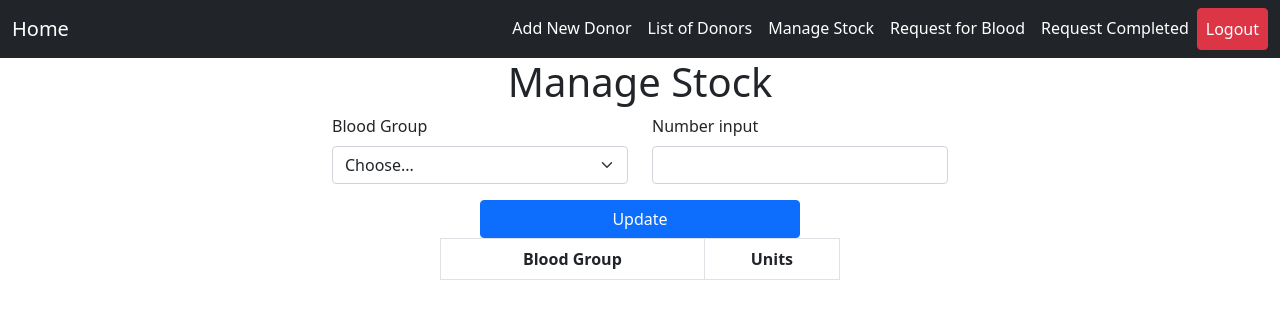
Repository: kshitizJ/Blood-Bank-Management-System-in-jsp
Page: http://localhost/Blood_Bank_Management_System/manageStock.jsp
An editor plug-in stored every save of this project. The page is shown before and after the next save, followed by the edit.
The browser window is 1280 px wide. The pictures show the whole page.
The page is served by Tomcat 9. Queries for data that is not in the repository find no rows.

Above is the page before, as saved 2021-04-28 13:29:51.

### Blood Bank Management System/WebContent/manageStock.jsp
<%@page import="java.sql.*"%>
<%@page import="project.ConnectionProvider"%>
<%@include file="header.html"%>
<!DOCTYPE html>
<html lang="en">

<head>
	<style>
		.size{
			width: 400px;
		}
	</style>
</head>

<body>
	<div class="container-fluid">
		<div class="row">
			<div class="col-12">
				<h1 class="text-center">Manage Stock</h1>
			</div>
			<div class="col-12">
				<%
					String msg = request.getParameter("msg");
				if ("valid".equals(msg)) {
				%>
				<p class="text-center text-danger">Successfully updated..</p>
				<%
					}
				if ("invalid".equals(msg)) {
				%>
				<p class="text-center text-danger">Invalid data try again..</p>
				<%
					}
				%>
			</div>
			<div class="col-12">
				<form class="form row d-flex justify-content-center"
					action="addNewDonorAction.jsp" method="POST">
					<div class="mb-3 col-md-3">
						<label for="brgp" class="form-label">Blood Group</label> <select
							class="form-select" id="brgp" name="brgp">
							<option selected>Choose...</option>
							<option value="A+">A+</option>
							<option value="A-">A-</option>
							<option value="B+">B+</option>
							<option value="B-">B-</option>
							<option value="O+">O+</option>
							<option value="O-">O-</option>
							<option value="AB+">AB+</option>
							<option value="AB-">AB-</option>
						</select>
					</div>
					<div class="mb-3 col-md-3">
						<label class="form-label" for="typeNumber">Number input</label> <input
							type="number" id="typeNumber" class="form-control" name="units"/>
					</div>
					<div class="offset-md-3"></div>
					<button type="submit" class="btn btn-primary col-3">Update</button>
				</form>
			</div>
			<br>
			<br>
			<div class="col-12 d-flex justify-content-center">
				<table class="size table table-bordered table-striped table-hover text-center">
					<thead>
						<tr>
							<th scope="col">Blood Group</th>
							<th scope="col">Units</th>
						</tr>
					</thead>
					<tbody>
						<tr>
							<%
								try {
								Connection con = ConnectionProvider.getCon();
								Statement st = con.createStatement();
								ResultSet rs = st.executeQuery("select * from stock;");
								while (rs.next()) {
							%>
							<td><%=rs.getString(1)%></td>
							<td><%=rs.getInt(2)%></td>
						</tr>
						<%
							}
						} catch (Exception e) {
						System.out.print(e.getMessage());
						}
						%>
					</tbody>
				</table>
			</div>
		</div>
	</div>
</body>

</html>

### Blood Bank Management System/WebContent/header.html
<!DOCTYPE html>
<html lang="en">
<head>
<meta charset="UTF-8">
<meta http-equiv="X-UA-Compatible" content="IE=edge">
<meta name="viewport" content="width=device-width, initial-scale=1.0">
<title>Admin Panel</title>
<link
	href="https://cdn.jsdelivr.net/npm/bootstrap@5.0.0-beta3/dist/css/bootstrap.min.css"
	rel="stylesheet"
	integrity="sha384-eOJMYsd53ii+scO/bJGFsiCZc+5NDVN2yr8+0RDqr0Ql0h+rP48ckxlpbzKgwra6"
	crossorigin="anonymous">
<link rel="stylesheet" href="style.css" type="text/css" media="screen">
</head>
<body>
	<nav class="navbar sticky-top navbar-expand-lg navbar-dark bg-dark">
		<div class="container-fluid">
			<a class="navbar-brand" href="home.jsp">Home</a>
			<button class="navbar-toggler" type="button"
				data-bs-toggle="collapse" data-bs-target="#navbarNav"
				aria-controls="navbarNav" aria-expanded="false"
				aria-label="Toggle navigation">
				<span class="navbar-toggler-icon"></span>
			</button>
			<div class="collapse navbar-collapse justify-content-end"
				id="navbarNav">
				<ul class="navbar-nav ">
					<li class="nav-item"><a class="nav-link text-white"
						href="addNewDonor.jsp">Add New Donor</a></li>
					<li class="nav-item"><a class="nav-link text-white"
						href="editDeleteList.jsp">List of Donors</a></li>
					<li class="nav-item"><a class="nav-link text-white"
						href="manageStock.jsp">Manage Stock</a></li>
					<li class="nav-item"><a class="nav-link text-white"
						href="requestForBlood.jsp">Request for Blood</a></li>
					<li class="nav-item"><a class="nav-link text-white"
						href="requestCompleted.jsp">Request Completed</a></li>
					<li class="nav-item"><a class="nav-link text-white btn btn-danger"
						href="adminLogin.jsp">Logout</a></li>
				</ul>
			</div>
		</div>
	</nav>
</body>
<script
	src="https://cdn.jsdelivr.net/npm/bootstrap@5.0.0-beta3/dist/js/bootstrap.bundle.min.js"
	integrity="sha384-JEW9xMcG8R+pH31jmWH6WWP0WintQrMb4s7ZOdauHnUtxwoG2vI5DkLtS3qm9Ekf"
	crossorigin="anonymous"></script>

</html>

### Blood Bank Management System/src/project/ConnectionProvider.java
package project;

import java.sql.*;

public class ConnectionProvider {
	public static Connection getCon() {
		try {
			Class.forName("com.mysql.cj.jdbc.Driver");
			Connection con = DriverManager.getConnection("jdbc:mysql://localhost:3306/Blood_Bank_Management_System",
					"root", "Kshitiz123@");
			return con;
		} catch (Exception e) {
			// TODO: handle exception
			System.out.println(e.getMessage());
			return null;
		}
	}
}

### Blood Bank Management System/WebContent/style.css
img {
	width: 100%;
	height: 500px;
}

.logo {
	width: 100px;
	height: 60px;
}

container-fluid {
	padding: 0;
}

After the next save:
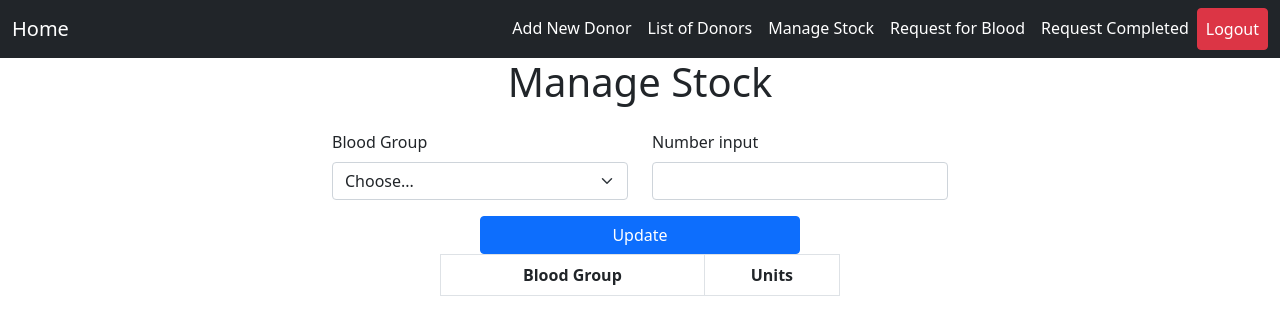
Saved 26 s later.
--- a/Blood Bank Management System/WebContent/manageStock.jsp
+++ b/Blood Bank Management System/WebContent/manageStock.jsp
@@ -18,7 +18,7 @@
 			<div class="col-12">
 				<h1 class="text-center">Manage Stock</h1>
 			</div>
-			<div class="col-12">
+			<div class="col-12 mb-3">
 				<%
 					String msg = request.getParameter("msg");
 				if ("valid".equals(msg)) {

After the save that followed:
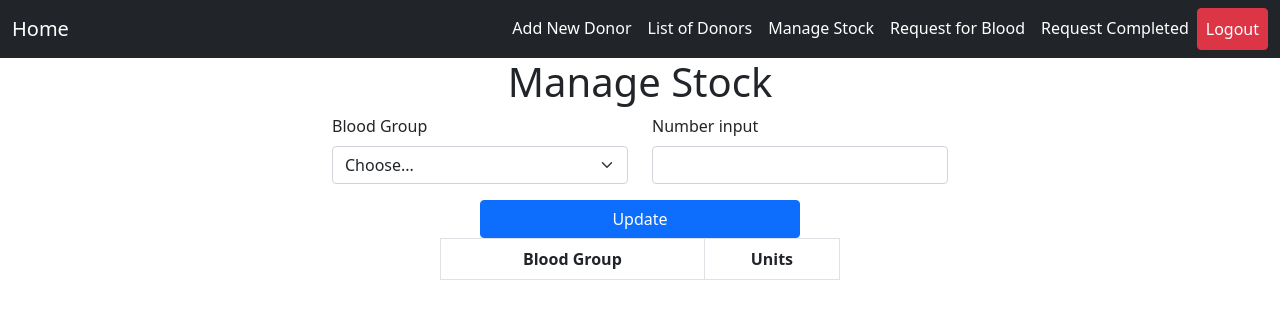
Saved 6 s later.
--- a/Blood Bank Management System/WebContent/manageStock.jsp
+++ b/Blood Bank Management System/WebContent/manageStock.jsp
@@ -18,7 +18,7 @@
 			<div class="col-12">
 				<h1 class="text-center">Manage Stock</h1>
 			</div>
-			<div class="col-12 mb-3">
+			<div class="col-12">
 				<%
 					String msg = request.getParameter("msg");
 				if ("valid".equals(msg)) {
